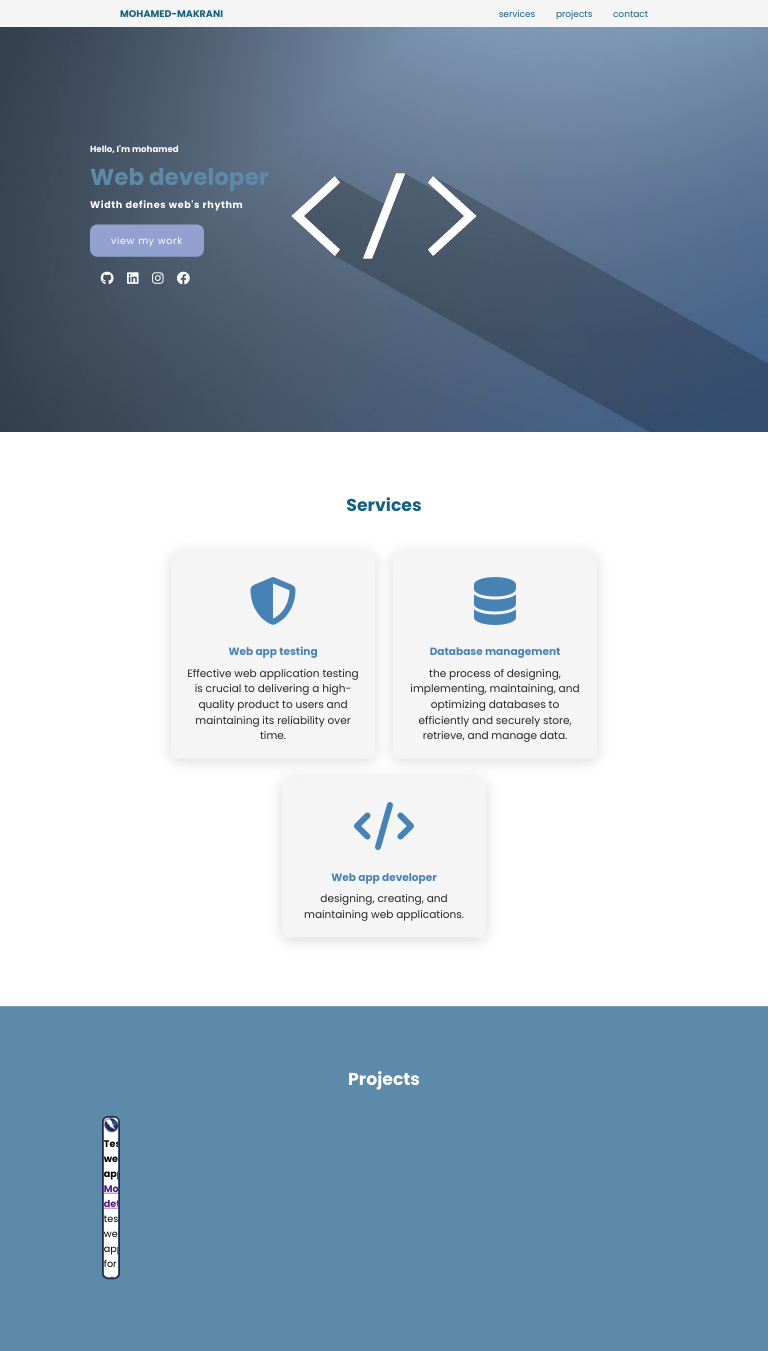
Repository: mohamed-makrani/Portfolio
Page: indixe.html
These files come from the project's save history. The page is drawn as it stood at one moment and after the next save; the edit follows.
The browser window is 1280 px wide. The pictures show the whole page, at 60% of full size.
Backgrounds fixed to the window are drawn as part of the page.

Above is the page before, as saved 2023-09-17 11:22:32.

### indixe.html
<!DOCTYPE html>
<html lang="en">
<head>
    <meta charset="UTF-8">
    <meta name="descreption" content="makrani-mohamed/portfilio"/>
    <title>Mohamed-makrani</title>
    <link rel="stylesheet" href="https://cdnjs.cloudflare.com/ajax/libs/font-awesome/6.4.2/css/all.min.css"/>
    <link  rel="stylesheet" href="style.css" />
</head>
<body>
    <header>
        <a class="logo" href="#logo" >Mohamed-makrani</a>
        <nav class="navigation">
            <a href="#services" >services</a>
            <a href="#projects" > projects</a>
            <a href="#"> contact </a>

        </nav>
    </header>
    <section class="main" id="logo">
        <div>
            <h6>Hello, I'm mohamed </h6>
            <h1>Web developer</h1>
            <h4>Width defines web's rhythm</h4>
        <a href="#" class="main-button">view my work</a>
        <div class="social-media">
            <a href="#" ><i class="fa-brands fa-github"></i></a>
            <a href="#" ><i class="fa-brands fa-linkedin"></i></a>
            <a href="#"><i class="fa-brands fa-instagram"></i></a>
            <a href="#"><i class="fa-brands fa-facebook"></i></a>
        </div>
        </div>
    </section>

    <section class="cards" id="services" >
        <h2 class="title">Services</h2>
        <div class="content" >
            <div class="card">
                <div class="icon"><i class="fa-solid fa-shield-halved"></i></div>
                <div class="info">
                    <h2>Web app testing</h2>
                    <p>Effective web application testing is crucial to delivering a high-quality product to users and maintaining its reliability over time.</p>
                </div>
            </div>
            <div class="card">
                <div class="icon"><i class="fa-solid fa-database"></i></div>
                <div class="info">
                    <h2>Database management</h2>
                    <p>the process of designing, implementing, maintaining, and optimizing databases to efficiently and securely store, retrieve, and manage data.</p>
                </div>
            </div>
            <div class="card">
                <div class="icon"><i class="fa-solid fa-code"></i></div>
                <div class="info">
                    <h2>Web app developer</h2>
                    <p> designing, creating, and maintaining web applications.</p>
                </div>

            </div>

        </div>
    </section>
        <section class="Projects" id="projects">
            <h2 class="projec-title">Projects</h2>
            <div class="project-content">
                <div class="project-card">
                    <div class="image">
                        <img src="oo.jpg" />
                    </div>
                    <div class="project-info">
                        <strong class="project-title"><span>Testing web applications</span>
                            <a href="" class="detaile" >More detaile</a>

                        </strong>
                        <p> testing web applications for security vulnerabilities. It helps identify and mitigate potential security risks in web applications</p>
                    </div>
                </div>






            </div>


        </section>








</body>
</html>

### style.css
@import url('https://fonts.googleapis.com/css2?family=Poppins:ital,wght@0,200;0,300;0,400;0,500;0,600;0,700;0,800;0,900;1,100;1,200;1,300;1,400;1,500;1,600;1,700;1,800;1,900&display=swap');

*{

    font-family: 'Poppins', sans-serif;
    margin: 0;
    padding: 0;
    box-sizing: border-box;
    scroll-behavior: smooth;
}
 header{

    background-color: #f5f5f5;
    width: 100%;
    position: fixed;
    display: flex;
    z-index: 999;
    justify-content: space-between;
    align-items: center;
    padding: 10px 200px;

 }
 .logo {
    /* default is 16 px */

    text-decoration: none;
    font-size: 16px;
    color: #126180;
    text-transform: uppercase;
    font-weight: 700;
 }
 .navigation a{
    color: #126180;
    font-size: 15px;
    font-weight: 600px;
    text-decoration: none;
    padding-left:  30px;

 }
.navigation a:hover {

color: rgb(83, 15, 146);
}
 section {

   padding: 100px 150px;
 }
 .main{

   width: 100%;
   min-height: 100vh;
   display: flex;
   align-items: center;
   background:url(backround.jpg) no-repeat;
   background-size: cover;
   background-position:center ;
   background-attachment: fixed;

 }
 .main h6 {

   color: white;
   font-weight:500px ;
   font-size: 0.9em;


 }

 .main h1 {

   color:#5d8aa8 ;
   font-size: 2.4em;
   font-weight: 500px;
   margin-top: 6px;
 }
 .main h4 {

   color: white;
   font-size: 1em;
   font-weight: 500px;
   margin-top: 6px;
   margin-bottom: 20px;
   letter-spacing:1px;
 }
.main-button {

color : white;
text-decoration: none;
background-color: #92a1cf;
letter-spacing : 1px;
font-size: 1em;
font-weight: 600px;
display: inline-block;
padding: 0.935em 2.187em;
border-radius: 12px;
margin-bottom: 20px;
transition: 0.7s ease;

}
.main-button :hover{
   background-color:#545aa7;
   transform: scale(1.1);
}
.social-media a{

   color: white;
   font-size: 22px;
   padding-left: 18px;

}

.title {

   display: flex;
   justify-content: center;
   color:#126180;
   font-size:1.8em ;
   font-weight: 700px;
   margin-bottom: 40px;
}
.content{
   display: flex;
   justify-content: center;
   flex-direction: row;
   flex-wrap: wrap;
}
.card {
   background-color:#f5f5f5;
   width:21.25em;
   box-shadow: 0 5px 25px rgba(1 1 1 /15%);
    border-radius: 10px;
    padding: 25px;
    margin: 15px;
    transition: 0.4s ease;
}
.card:hover {
   transform: scale(1.1);
}
.icon {
   color: #4682b4;
   text-align: center;
   font-size: 5em;
}
.info h2 {

   color:#4682b4 ;
   text-align: center;
   font-size:1.1em;
   font-weight: 700px;
   margin:10px ;

}
.info p {

   text-align: center;
   font-size:1.1em ;
   font-weight:500px ;
   color :rgb(39, 37, 37);


}
.Projects{
   background-color: #5d8aa8;
}
.projec-title{

   display: flex;
   justify-content: center;
   color: white;
   font-size:1.8em ;
   font-weight:700 ;
   margin-bottom: 40px;

}
/*.project-content{

   display: flex;
   justify-content: center;
   flex-direction: row;
   flex-wrap: wrap;
}*/
.projects.project-content {

   margin-top: 30px;
}

.project-card{
   background-color: white;
   border: 3px solid #1d2951;
   height: 17em;
   width: 30px;
   overflow: hidden;
   border-radius: 10px;
   margin: 20px;
   transition: 0.5s ease;
}
.project-card:hover{
   transform : scale(1.1);

}
.image img{
   width: 100%;
}

After the next save:
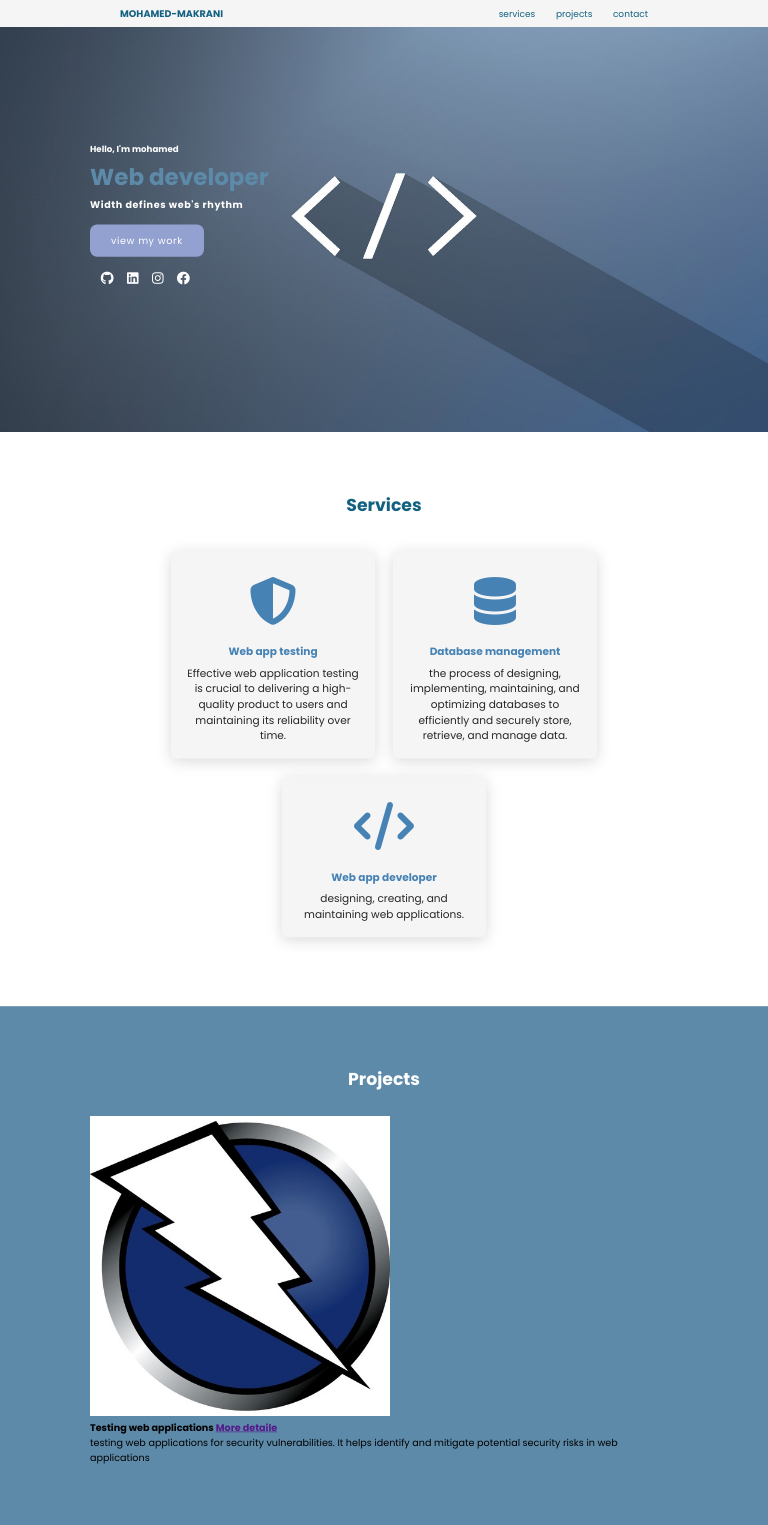
Saved 14 s later.
--- a/style.css
+++ b/style.css
@@ -179,25 +179,3 @@ transition: 0.7s ease;
    flex-direction: row;
    flex-wrap: wrap;
 }*/
-.projects.project-content {
-
-   margin-top: 30px;
-}
-
-.project-card{
-   background-color: white;
-   border: 3px solid #1d2951;
-   height: 17em;
-   width: 30px;
-   overflow: hidden;
-   border-radius: 10px;
-   margin: 20px;
-   transition: 0.5s ease;
-}
-.project-card:hover{
-   transform : scale(1.1);
-
-}
-.image img{
-   width: 100%;
-}
